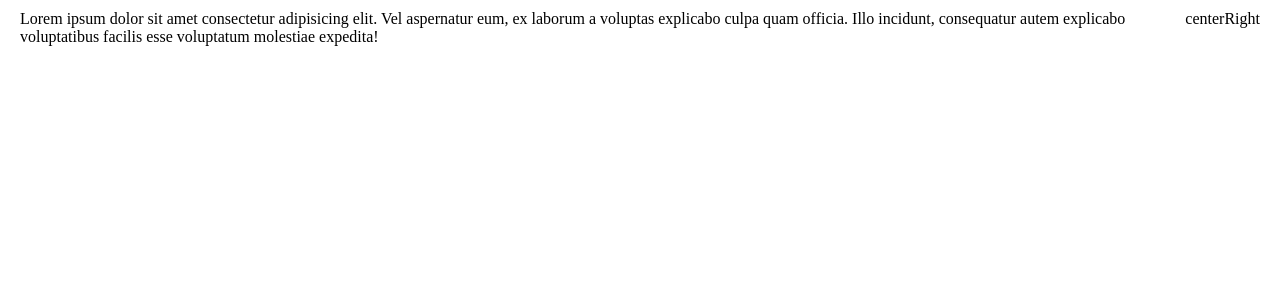
Repository: svitsvishal/myReactApp
Page: /products/undefined
An editor plug-in stored every save of this project. The page is shown before and after the next save, followed by the edit.
The browser window is 1280 px wide. The pictures show the whole page.
Some web fonts or font styles are not loaded; a fallback is used. The project was rebuilt for these pictures with package versions that can differ from the ones it lists, and the page was loaded fresh each time.

Above is the page before, as saved 2022-06-23 17:07:54.

### public/index.html
<!DOCTYPE html>
<html lang="en">

<head>
  <meta charset="utf-8" />
  <meta name="viewport" content="width=device-width, initial-scale=1" />
  <meta name="description" content="Web site created using create-react-app" />
  <link rel="preconnect" href="https://fonts.googleapis.com">
<link rel="preconnect" href="https://fonts.gstatic.com" crossorigin>
<link href="https://fonts.googleapis.com/css2?family=Scheherazade+New:wght@400;700&display=swap" rel="stylesheet">
  <style>
    * {
      margin: 0;
      font-family: 'Scheherazade New', serif;
    }


  </style>

  <title>React App</title>
</head>

<body>
  <noscript>You need to enable JavaScript to run this app.</noscript>
  <div id="root"></div>
</body>

</html>

### src/App.jsx
import Home from "./pages/Home";

const App = () => {
  return <Home></Home>
};

export default App;

### src/pages/Home.js
import React from 'react'
import { Navbar } from '../Components/Navbar'

const Home = () => {
  return (
    <div>
        <Navbar/>
    </div>
  )
}

export default Home

### src/Components/Navbar.js
import React from 'react'
import styled from 'styled-components'


const Container = styled.div`
  height: 60px;

`;
const Wrapper =styled.div`
padding: 10px 20px;
display: flex;
justify-content :space-between;
`
const Left =styled.div``
const Right =styled.div``
const Center =styled.div``



export const Navbar = () => {
  return (
    <Container>
<Wrapper>
    <Left>Lorem ipsum dolor sit amet consectetur adipisicing elit. Vel aspernatur eum, ex laborum a voluptas explicabo culpa quam officia. Illo incidunt, consequatur autem explicabo voluptatibus facilis esse voluptatum molestiae expedita!</Left>
    <Center>center</Center>
    <Right>Right</Right>
</Wrapper>

    </Container>
  )
}

Loaded but not shown: src/index.js (common file)

After the next save:
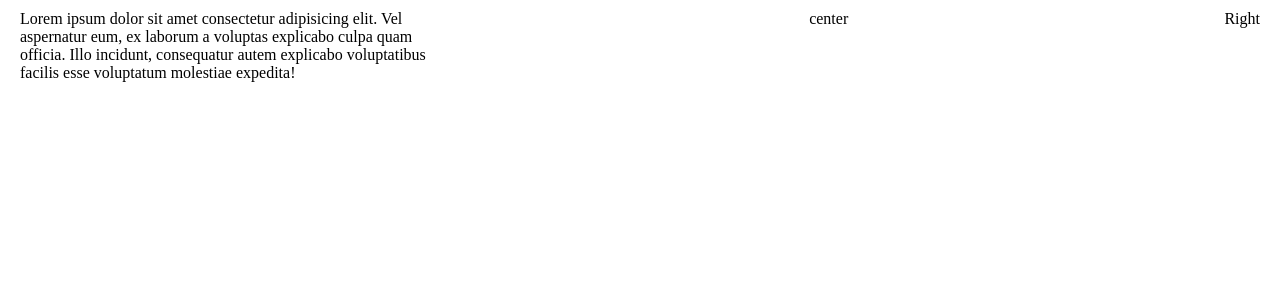
Saved 45 s later.
--- a/src/Components/Navbar.js
+++ b/src/Components/Navbar.js
@@ -11,7 +11,9 @@
 display: flex;
 justify-content :space-between;
 `
-const Left =styled.div``
+const Left =styled.div`
+width :33.3%
+`
 const Right =styled.div``
 const Center =styled.div``
 
